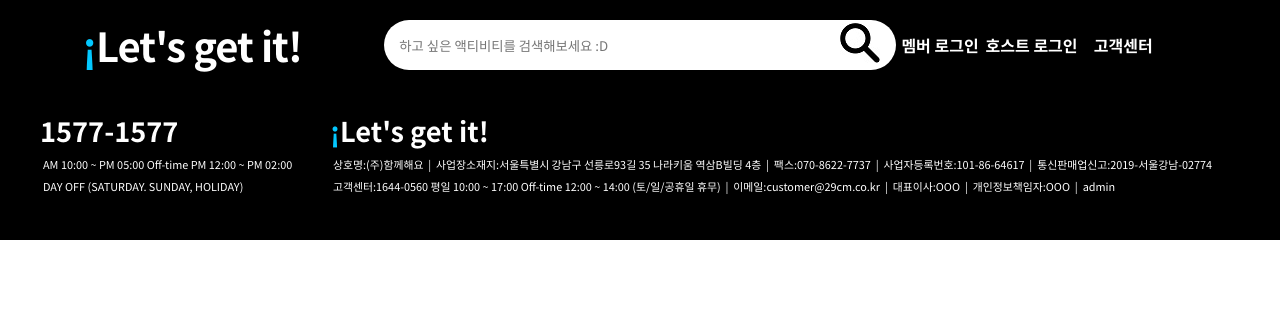
Repository: KiHyo-Tak/2stTeam
Page: http://localhost/2nd_Project_LetsGetIt/WEB-INF/views/member/reviewList.jsp
These files come from the project's save history. The page is drawn as it stood at one moment and after the next save; the edit follows.
The browser window is 1280 px wide. The pictures show the whole page.
Some web fonts or font styles are not loaded; a fallback is used. The page is served by Tomcat 9. Nobody is signed in. The template is opened directly, without the code that normally fills it, so the values that code supplies are empty.

Above is the page before, as saved 2020-04-28 08:18:59.

After the next save:
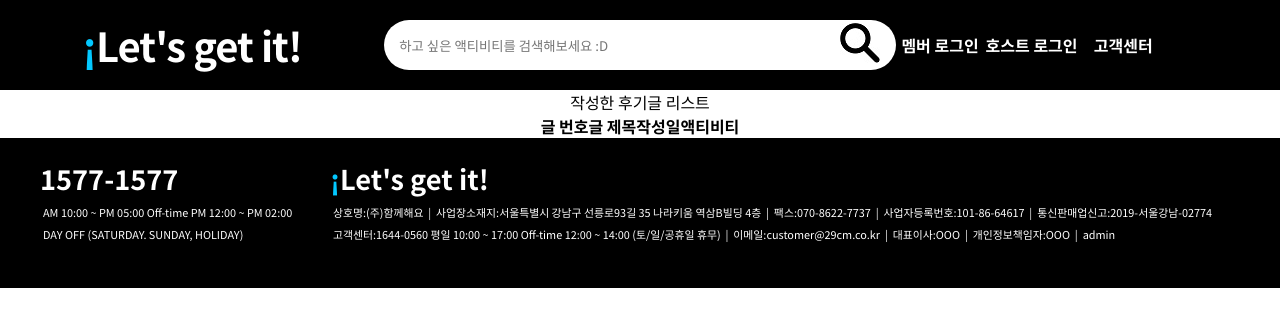
Saved 2 min 50 s later.
--- a/2nd_Project_LetsGetIt/src/main/webapp/WEB-INF/views/member/reviewList.jsp
+++ b/2nd_Project_LetsGetIt/src/main/webapp/WEB-INF/views/member/reviewList.jsp
@@ -18,7 +18,17 @@ $(document).ready(function(){
 <body>
 <jsp:include page="../main/header.jsp"/>
 	<div id="reviewList">
-
+		<table>
+			<caption>
+				작성한 후기글 리스트
+			</caption>
+			<tr>
+				<th>글 번호</th>
+				<th>글 제목</th>
+				<th>작성일</th>
+				<th>액티비티</th>
+			</tr>
+		</table>
 	</div>
 <jsp:include page="../main/footer.jsp"/>
 </body>
